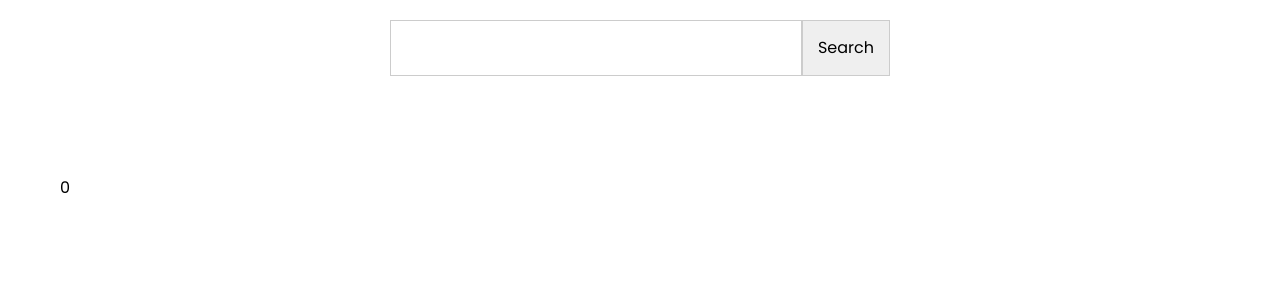
Repository: hoang0508/ReactJsDevWork
Page: /
These files come from the project's save history. The page is drawn as it stood at one moment and after the next save; the edit follows.
The browser window is 1280 px wide. The pictures show the whole page.
The project was rebuilt for these pictures with package versions that can differ from the ones it lists, and the page was loaded fresh each time.

Above is the page before, as saved 2022-02-11 23:28:09.

After the next save:
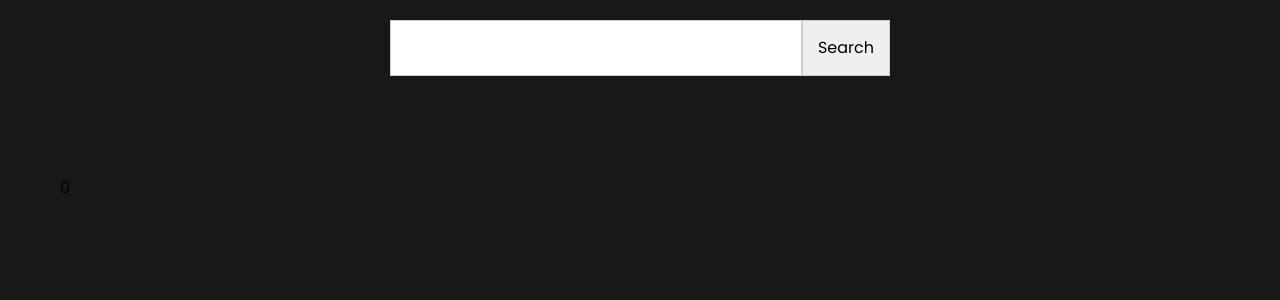
Saved 4 min 20 s later.
--- a/src/App.scss
+++ b/src/App.scss
@@ -56,3 +56,7 @@ picture {
 //     #eb3349
 //   ); /* W3C, IE 10+/ Edge, Firefox 16+, Chrome 26+, Opera 12+, Safari 7+ */
 // }
+
+body {
+  background-color: #181818;
+}
